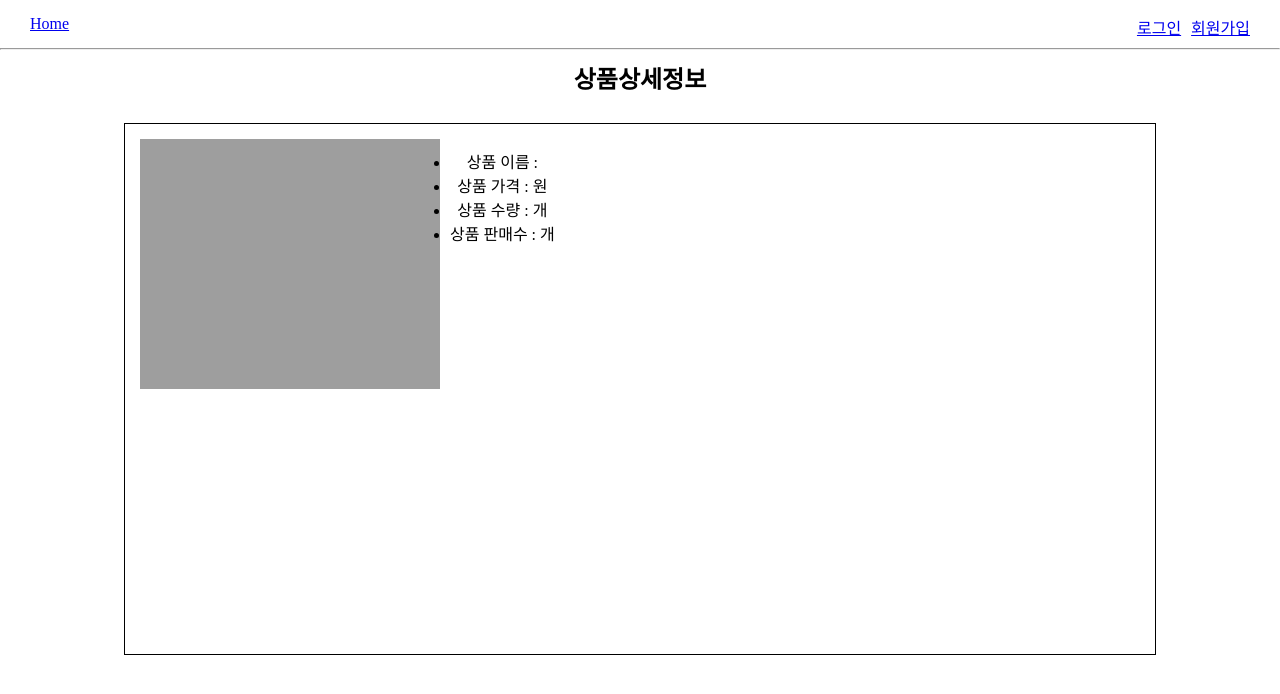
Repository: quswldms137/Shopping
Page: http://localhost/shop/WEB-INF/views/productDetail.jsp
The author's editor kept a copy of each file at every save. The page is drawn from the files as they stood at one save, then again after the next save.
The browser window is 1280 px wide. The pictures show the whole page.
Pictures or frames that could not be fetched are drawn as grey boxes. The page is served by Tomcat 10. Nobody is signed in. The template is opened directly, without the code that normally fills it, so the values that code supplies are empty.

Above is the page before, as saved 2024-05-29 06:48:42.

After the next save:
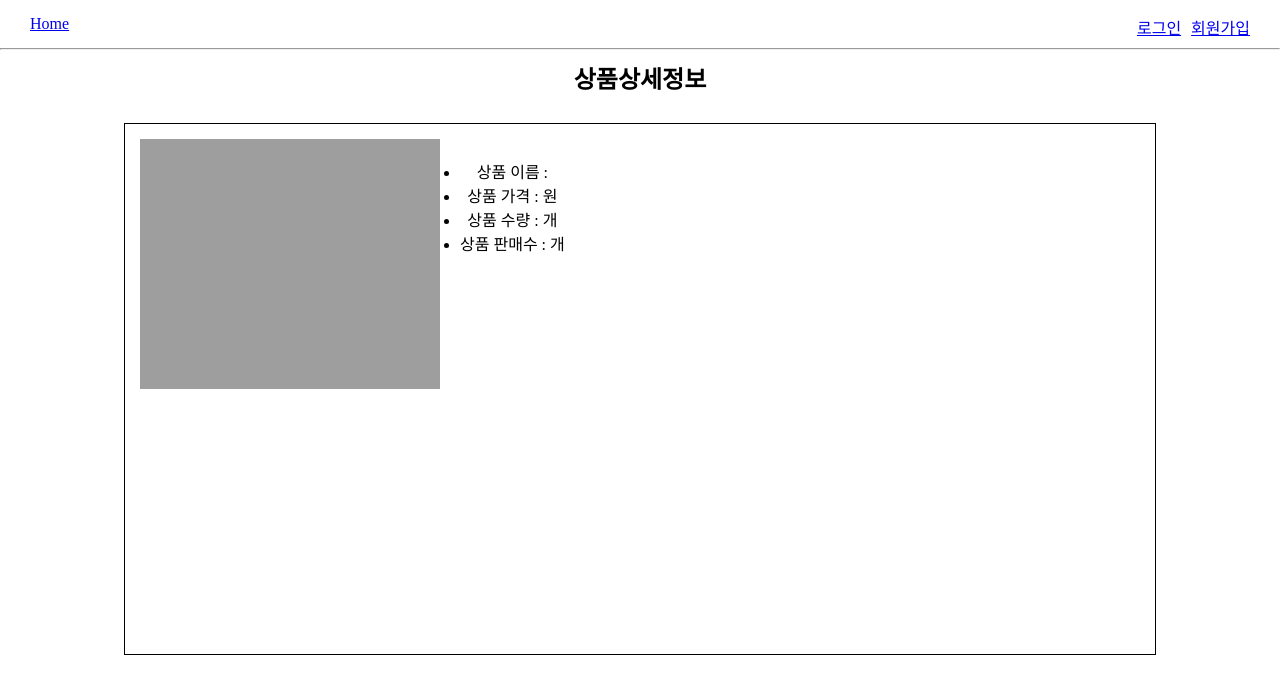
Saved 22 s later.
--- a/shop/shop/src/main/webapp/WEB-INF/views/productDetail.jsp
+++ b/shop/shop/src/main/webapp/WEB-INF/views/productDetail.jsp
@@ -25,7 +25,7 @@ h2{padding:10px;}
     text-align: center; /* 텍스트 가운데 정렬 */
 }
 .text{
-	padding:10px;
+	padding:20px;
 }
 
 
